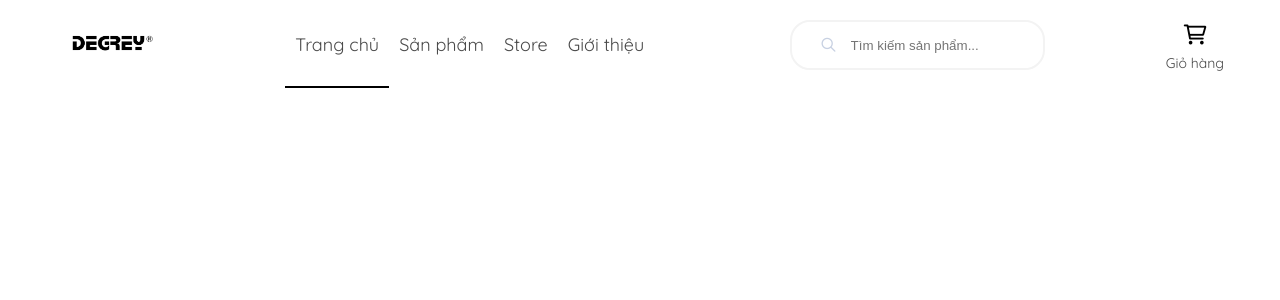
Repository: hieu-dev-1/degrey1
Page: index.html
These files come from the project's save history. The page is drawn as it stood at one moment and after the next save; the edit follows.
The browser window is 1280 px wide. The pictures show the whole page.

Above is the page before, as saved 2022-08-12 16:43:00.

### index.html
<!DOCTYPE html>
<html lang="en">
<head>
    <meta charset="UTF-8">
    <meta name="viewport" content="width=device-width, initial-scale=1.0">
    <link rel="stylesheet" href="./assets/css/base.css">
    <link rel="stylesheet" href="./assets/css/main.css">
    <link rel="stylesheet" href="./assets/font/css/all.css">
    <link rel="shortcut icon" href="https://file.hstatic.net/1000281824/file/logo1200_30471c131a2948efaf7c9e9466511f73.png">
    <title>DEGREY</title>
</head>
<body>
    <div class="wrapper">
        <!-- HEADER -->
        <div class="header">
            <!-- Logo -->
            <div class="header__container">
                <div class="header__container-logo">
                    <a href="">
                        <img class="header__container-logo--img" src="./assets/img/header__logo.png" alt="" >
                    </a>
                </div>
                <div class="header__container-nav">
                    <ul class="header__navbar-list">
                        <li class="header__navbar-item"><a class="header__navbar-link header__navbar-link--active" href="">Trang chủ</a></li>
                        <li class="header__navbar-item"><a class="header__navbar-link" href="">Sản phẩm</a></li>
                        <li class="header__navbar-item"><a class="header__navbar-link" href="">Store</a></li>
                        <li class="header__navbar-item"><a class="header__navbar-link" href="">Giới thiệu</a></li>
                    </ul>
                </div>
                <div class="header__navbar-search">
                    <button class="header__navbar-input-btn">
                        <i class="fa-regular fa-magnifying-glass"></i>
                    </button>
                    <input class="header__navbar-input" type="text" placeholder="Tìm kiếm sản phẩm...">
                </div>
                <div class="header__navbar-cart">
                    <i class="header__navbar-cart-icon fa-regular fa-cart-shopping"></i>
                    <span class="header__navbar-cart-desc">Giỏ hàng</span>
                </div>
            </div>
        </div>
        <!-- SLIDER -->
        <div class="slider">

        </div>
        <!-- CONTENT -->
        <div class="content">

        </div>
        <!-- FOOTER -->
        <div class="footer">

        </div>
    </div>
</body>
</html>

### assets/css/base.css
@import url('https://fonts.googleapis.com/css2?family=Quicksand:wght@300;400;500;700&display=swap');

* {
    padding: 0;
    margin: 0;
    box-sizing: border-box;
}

html {
    /* HACK */
    font-size: 62.5%;
    line-height: 1.6rem;
    font-family: 'Quicksand', sans-serif;
    box-sizing: border-box;
}

:root {
    --white-color : #fff;
    --black-color : #000;
    --text-color : #4a4a4a;
    --border-color : #dbdbdb;
}

### assets/css/main.css
.header {
    background-color: #ffffff;
    font-size: 1.4rem;
    line-height: 20px;
    display: flex;
    justify-content: center;
}

.header__container {
    width: 1170px;
    height: 90px;
    font-size: 1.4rem;
    line-height: 20px;
    margin: 0 -15px;
    display: flex;
    justify-content: space-between;
}

.header__container-logo {
    padding: 0 15px;
}

.header__container-logo--img {
    width: 85px;
    height: 70px;
    margin-top: 8px;
}

.header__container-nav {
    font-size: 1.4rem;
    align-items: center;
    display: flex;
    justify-content: center;
    line-height: 20px;
    padding: 0 15px;
}

.header__navbar-list {
    display: flex;
    align-items: center;
    justify-content: center;
}

.header__navbar-item {
    list-style: none;
    display: inline-block;
}

.header__navbar-link {
    color: var(--text-color);
    font-size: 1.8rem;
    text-decoration: none;
    padding: 30px 10px;
}

.header__navbar-link--active {
    border-bottom: 2px solid #000;
}

.header__navbar-search {
    border: 2px solid #f3f3f3;
    border-radius: 20px;
    margin: 20px;
    padding: 0 15px;
    display: flex;
}

.header__navbar-input-btn {
    font-size: 1.4rem;
    line-height: 20px;
    text-align: center;
    border-radius: 0 4px 4px 0;
    border: none;
    color: #c8d1e2;
    background-color: #fff;
    padding: 0 15px;
}

.header__navbar-input {
    border: none;
    outline: none;
    color: var(--text-color);
}

.header__navbar-cart {
    width: 60px;
    height: 90px;
    display: flex;
    flex-wrap: wrap;
    cursor: pointer;
    justify-content: center;
}

.header__navbar-cart-icon {
    font-size: 2rem;
    margin-top: 25px;
}

.header__navbar-cart-desc {
    font-size: 1.4rem;
    margin-top: -10px;
    color: var(--text-color);
    font-weight: 400;
}

Loaded but not shown: assets/font/css/all.css (library)

After the next save:
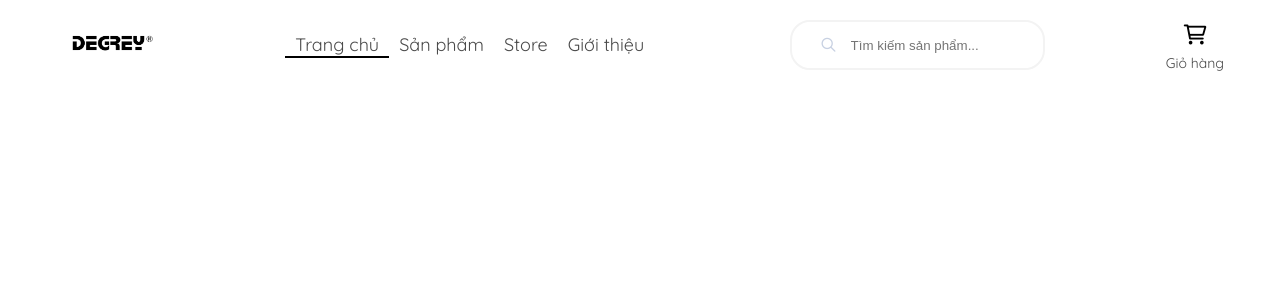
Saved 66 s later.
--- a/assets/css/main.css
+++ b/assets/css/main.css
@@ -50,7 +50,8 @@
     color: var(--text-color);
     font-size: 1.8rem;
     text-decoration: none;
-    padding: 30px 10px;
+    padding: 0 10px;
+    line-height: 20px;
 }
 
 .header__navbar-link--active {
